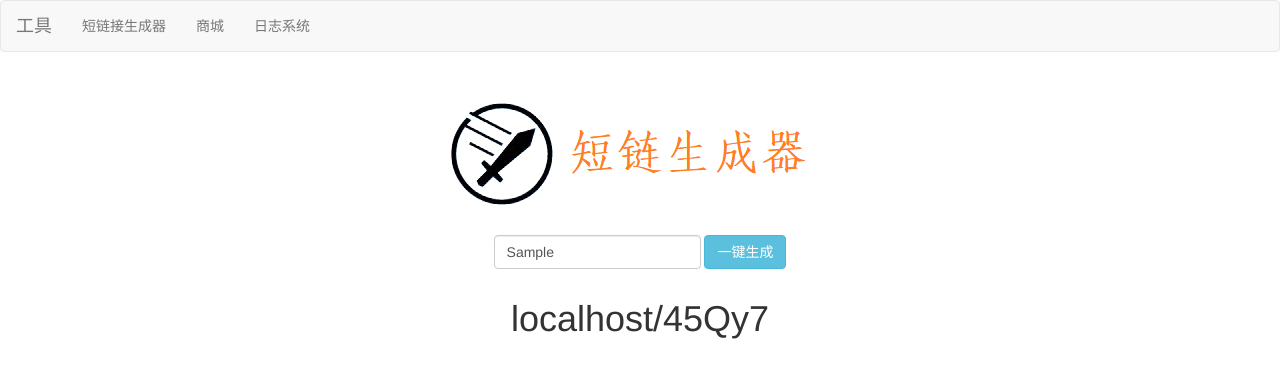
Repository: gwjczwy/CTF-Exercises
Page: http://localhost/tools/
The author's editor kept a copy of each file at every save. The page is drawn from the files as they stood at one save, then again after the next save.
The browser window is 1280 px wide. The pictures show the whole page.
Empty fields were first filled with sample values (such as "Sample", 5 or name@example.com).
After loading, the first visible `input.btn` was clicked once.
The page is served by the project's application, run on Django 2.2 (manage.py). The page reads the database file committed with the project.

Above is the page before, as saved 2019-04-29 17:06:56.

After the next save:
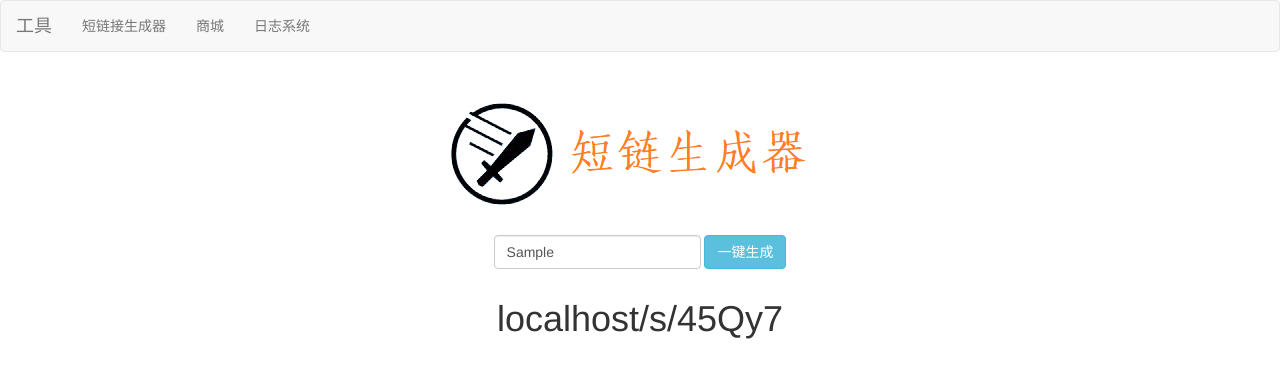
Saved 35 s later.
--- a/tools/templates/tools/index.html
+++ b/tools/templates/tools/index.html
@@ -19,7 +19,7 @@
 					if(data['message']=="success"){
                         var d=document.getElementById("show");
 						var domain=document.domain;
-						d.innerHTML=domain+'/'+data['url']
+						d.innerHTML=domain+'/s/'+data['url']
 					}else{
                         var d=document.getElementById("show");
 						d.innerHTML="完蛋,出错了!!"
